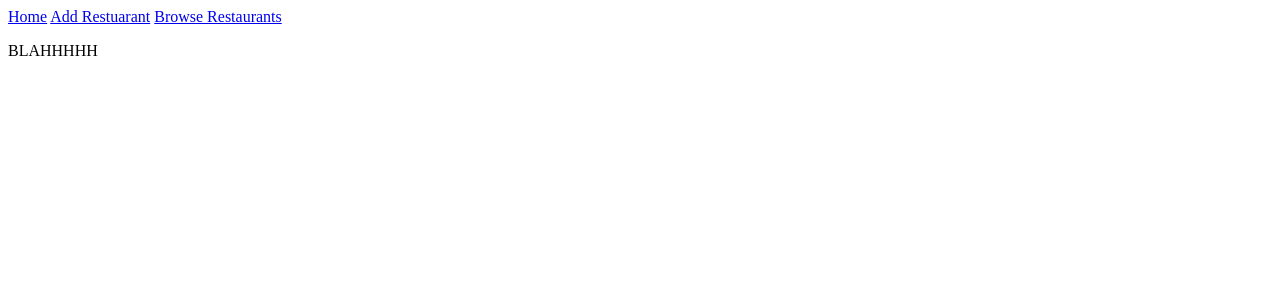
Repository: hudaali14/Carleton
Page: http://localhost/restaurants/0
These files come from the project's save history. The page is drawn as it stood at one moment and after the next save; the edit follows.
The browser window is 1280 px wide. The pictures show the whole page.
The page is served by the project's Node server (server.js).

Above is the page before, as saved 2020-03-13 10:21:34.
Console error: SyntaxError: Unexpected token '<'

### 2406/Assignments/Assignment3 (100)/views/pages/restaurantpage.pug
html
    head
        title  You Want Food?
body
    include ../partials/header
    p BLAHHHHH


script(src="updateRestaurant.js")

### 2406/Assignments/Assignment3 (100)/views/partials/header.pug
div#header
	a(href="/") Home
	|
	a(href="/addrestaurant") Add Restuarant
	|
	a(href="/restaurants") Browse Restaurants
	|

### 2406/Assignments/Assignment3 (100)/server.js
const express = require('express');
const fs = require("fs");
let app = express();


app.set("view engine", "pug");
app.use(express.json())

// app.use(bodyParser.json());
// app.use(bodyParser.urlencoded({ extended: true }));

let restaurants = [];
let restaurantNames = {names: []};
let restaurantIDs = {restaurants: []};
let id = 0;

//Reads all files in restaurant directory
fs.readdir("./restaurants/", function(err, filenames) {
    if (err) {
        response.statusCode = 500;
        response.end("Error reading file.");
        return;
    }
    filenames.forEach(function(filename) {
        fs.readFile("./restaurants/" + filename, 'utf-8', function(err, content) {
            if (err) {
                response.statusCode = 500;
                response.end("Error reading file.");
                return;
			}
            //Saves files to restaurant array
            let res = JSON.parse(content);
			restaurants[res.id] = res;
			//Saves names in restuarantNames array
            restaurantNames.names.push({name: restaurants[res.id].name, id: restaurants[res.id].id});
            restaurantIDs.restaurants.push(restaurants[res.id].id);
            id++;
		});
    });
});

app.get("/", setPage);
app.get("/restaurants", getRestaurants);
app.get("/addrestaurant", addRestaurant);
app.get("/createRestaurant.js", getCreate);
app.get("/updateRestaurant.js", getUpdate);
app.get("/restaurants/:restID", getRestaurantId);
app.post("/restaurants", createRestaurant);


function setPage(req, res, next){
    res.format({
        "text/html": function(){
            res.status(200).render("pages/home");
        }
    });
}

function getRestaurants(req, res, next){
    res.format({
        "text/html": function(){
            res.status(200).render("pages/restaurants", {restaurantNames: restaurantNames.names});
        },
        "application/json": function(){
            res.status(200).json(restaurantIDs);
        }
    });
}

function addRestaurant(req, res, next){
    res.format({
        "text/html": function(){
            res.status(200).render("pages/addrestaurant");
        }
    });
}

function getCreate(req, res, next){
    fs.readFile("createRestaurant.js", function(err, data){
        if(err){
            res.statusCode = 500;
            res.end("Error reading file.");
            return;
        }
        res.status(200).send(data);
        return;
    });
}
function getUpdate(req, res, next){
    fs.readFile("updateRestaurant.js", function(err, data){
        if(err){
            res.statusCode = 500;
            res.end("Error reading file.");
            return;
        }
        res.status(200).send(data);
        return;
    });
}

function createRestaurant(req, res, next){
    res.format({
        "application/json": function(){
            let restaurant = {};
            restaurant.id = id;
            id++;
            restaurant.name = req.body.name;
            restaurant.delivery_fee = parseInt(req.body.delivery_fee);
            restaurant.min_order= parseInt(req.body.min_order);
            restaurant.menu = {};
            restaurants[restaurant.id] = restaurant;
            restaurantNames.names.push({name: restaurants[restaurant.id].name, id: restaurants[restaurant.id].id});
            restaurantIDs.restaurants.push(restaurants[restaurant.id].id);
            res.status(200).json(restaurant);

        }
    });
}

function getRestaurantId(req, res, next){
    let resid = req.url.split("/");
    res.format({
        "text/html": function(){
            res.status(200).render("pages/restaurantpage", {restaurant: restaurants[resid[2]]});
        },
        "application/json": function(){
            res.status(200).json(restaurants[resid[2]]);
        }
    });
}

app.listen(3000);
console.log("Server listening at http://localhost:3000");

### 2406/Assignments/Assignment3 (100)/restaurants/frodo.json
{
  "id": 2,
  "name": "Frodo's Flapjacks",
  "min_order": 35,
  "delivery_fee": 6,
  "menu": {
    "Breakfast": {
      "0": {
        "name": "Hobbit Hash",
        "description": "Five flapjacks, potatoes, leeks, garlic, cheese.",
        "price": 9
      },
      "1": {
        "name": "The Full Flapjack Breakfast",
        "description": "Eight flapjacks, two sausages, 3 eggs, 4 slices of bacon, beans, and a coffee.",
        "price": 14
      },
      "2": {
        "name": "Southfarthing Slammer",
        "description": "15 flapjacks and 2 pints of syrup.",
        "price": 12
      }
    },
    "Second Breakfast": {
      "3": {
        "name": "Beorning Breakfast",
        "description": "6 flapjacks smothers in honey.",
        "price": 7.5
      },
      "4": {
        "name": "Shire Strawberry Special",
        "description": "6 flapjacks and a hearty serving of strawberry jam.",
        "price": 8
      },
      "5": {
        "name": "Buckland Blackberry Breakfast",
        "description": "6 flapjacks covered in fresh blackberries. Served with a large side of sausage.",
        "price": 14.99
      }
    },
    "Elevenses": {
      "6": {
        "name": "Lembas",
        "description": "Three pieces of traditional Elvish Waybread",
        "price": 7.7
      },
      "7": {
        "name": "Muffins of the Marish",
        "description": "A variety of 8 different types of muffins, served with tea.",
        "price": 9
      },
      "8": {
        "name": "Hasty Hobbit Hash",
        "description": "Potatoes with onions and cheese. Served with coffee.",
        "price": 5
      }
    },
    "Luncheon": {
      "9": {
        "name": "Shepherd's Pie",
        "description": "A classic. Includes 3 pies.",
        "price": 15.99
      },
      "10": {
        "name": "Roast Pork",
        "description": "An entire pig slow-roasted over a fire.",
        "price": 27.99
      },
      "11": {
        "name": "Fish and Chips",
        "description": "Fish - fried. Chips - nice and crispy.",
        "price": 5.99
      }
    },
    "Afternoon Tea": {
      "12": {
        "name": "Tea",
        "description": "Served with sugar and cream.",
        "price": 3
      },
      "13": {
        "name": "Coffee",
        "description": "Served with sugar and cream.",
        "price": 3.5
      },
      "14": {
        "name": "Cookies and Cream",
        "description": "A dozen cookies served with a vat of cream.",
        "price": 15.99
      },
      "15": {
        "name": "Mixed Berry Pie",
        "description": "Fresh baked daily.",
        "price": 7
      }
    },
    "Dinner": {
      "16": {
        "name": "Po-ta-to Platter",
        "description": "Boiled. Mashed. Stuck in a stew.",
        "price": 6
      },
      "17": {
        "name": "Bree and Apple",
        "description": "One wheel of brie with slices of apple.",
        "price": 7.99
      },
      "18": {
        "name": "Maggot's Mushroom Mashup",
        "description": "It sounds disgusting, but its pretty good",
        "price": 6.5
      },
      "19": {
        "name": "Fresh Baked Bread",
        "description": "A whole loaf of the finest bread the Shire has to offer.",
        "price": 6
      },
      "20": {
        "name": "Pint of Ale",
        "description": "Yes, it comes in pints.",
        "price": 5
      }
    },
    "Supper": {
      "21": {
        "name": "Sausage Sandwich",
        "description": "Six whole sausages served on a loaf of bread. Covered in onions, mushrooms and gravy.",
        "price": 15.99
      },
      "22": {
        "name": "Shire Supper",
        "description": "End the day as you started it, with a dozen flapjacks, 5 eggs, 3 sausages, 7 pieces of bacon, and a pint of ale.",
        "price": 37.99
      }
    }
  }
}

### 2406/Assignments/Assignment3 (100)/restaurants/legolas.json
{
  "id": 1,
  "name": "Lembas by Legolas",
  "min_order": 15,
  "delivery_fee": 3.99,
  "menu": {
    "Lembas": {
      "0": {
        "name": "Single",
        "description": "One piece of lembas.",
        "price": 3
      },
      "1": {
        "name": "Double",
        "description": "Two pieces of lembas.",
        "price": 5.5
      },
      "2": {
        "name": "Triple",
        "description": "Three pieces, which should be more than enough.",
        "price": 8
      }
    },
    "Combos": {
      "3": {
        "name": "Second Breakfast",
        "description": "Two pieces of lembas with honey.",
        "price": 7.5
      },
      "4": {
        "name": "There and Back Again",
        "description": "All you need for a long journey - 6 pieces of lembas, salted pork, and a flagon of wine.",
        "price": 25.99
      },
      "5": {
        "name": "Best Friends Forever",
        "description": "Lembas and a heavy stout.",
        "price": 6.6
      }
    }
  }
}

### 2406/Assignments/Assignment3 (100)/restaurants/aragorn.json
{
  "id": 0,
  "name": "Aragorn's Orc BBQ",
  "min_order": 20,
  "delivery_fee": 5,
  "menu": {
    "Appetizers": {
      "0": {
        "name": "Orc feet",
        "description": "Seasoned and grilled over an open flame.",
        "price": 5.5
      },
      "1": {
        "name": "Pickled Orc fingers",
        "description": "Served with warm bread, 5 per order.",
        "price": 4
      },
      "2": {
        "name": "Sauron's Lava Soup",
        "description": "It's just really spicy water.",
        "price": 7.5
      },
      "3": {
        "name": "Eowyn's (In)Famous Stew",
        "description": "Bet you can't eat it all.",
        "price": 0.5
      },
      "4": {
        "name": "The 9 rings of men.",
        "description": "The finest of onion rings served with 9 different dipping sauces.",
        "price": 14.5
      }
    },
    "Combos": {
      "5": {
        "name": "Buying the Farm",
        "description": "An arm and a leg, a side of cheek meat, and a buttered biscuit.",
        "price": 15.99
      },
      "6": {
        "name": "The Black Gate Box",
        "description": "Lots of unidentified pieces. Serves 50.",
        "price": 65
      },
      "7": {
        "name": "Mount Doom Roast Special with Side of Precious Onion Rings.",
        "description": "Smeagol's favorite.",
        "price": 15.75
      },
      "8": {
        "name": "Morgoth's Scorched Burgers with Chips",
        "description": "Blackened beyond recognition.",
        "price": 13.33
      },
      "10": {
        "name": "Slab of Lurtz Meat with Greens.",
        "description": "Get it while supplies last.",
        "price": 17.5
      },
      "11": {
        "name": "Rangers Field Feast.",
        "description": "Is it chicken? Is it rabbit? Or...",
        "price": 5.99
      }
    },
    "Drinks": {
      "12": {
        "name": "Orc's Blood Mead",
        "description": "It's actually raspberries - Orc's blood would be gross.",
        "price": 5.99
      },
      "13": {
        "name": "Gondorian Grenache",
        "description": "A fine rose wine.",
        "price": 7.99
      },
      "14": {
        "name": "Mordor Mourvedre",
        "description": "A less-fine rose wine.",
        "price": 5.99
      }
    }
  }
}

After the next save:
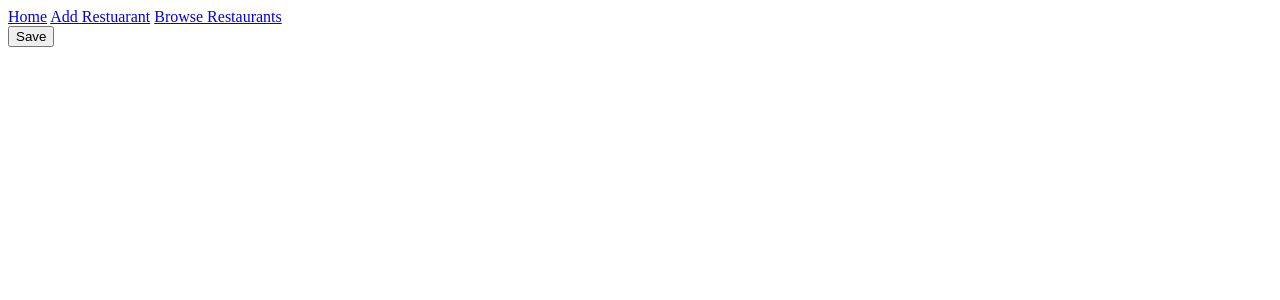
Saved 90 s later.
--- a/2406/Assignments/Assignment3 (100)/views/pages/restaurantpage.pug
+++ b/2406/Assignments/Assignment3 (100)/views/pages/restaurantpage.pug
@@ -3,7 +3,7 @@ html
         title  You Want Food?
 body
     include ../partials/header
-    p BLAHHHHH
 
+    button(type="button", id="save") Save
 
 script(src="updateRestaurant.js")
